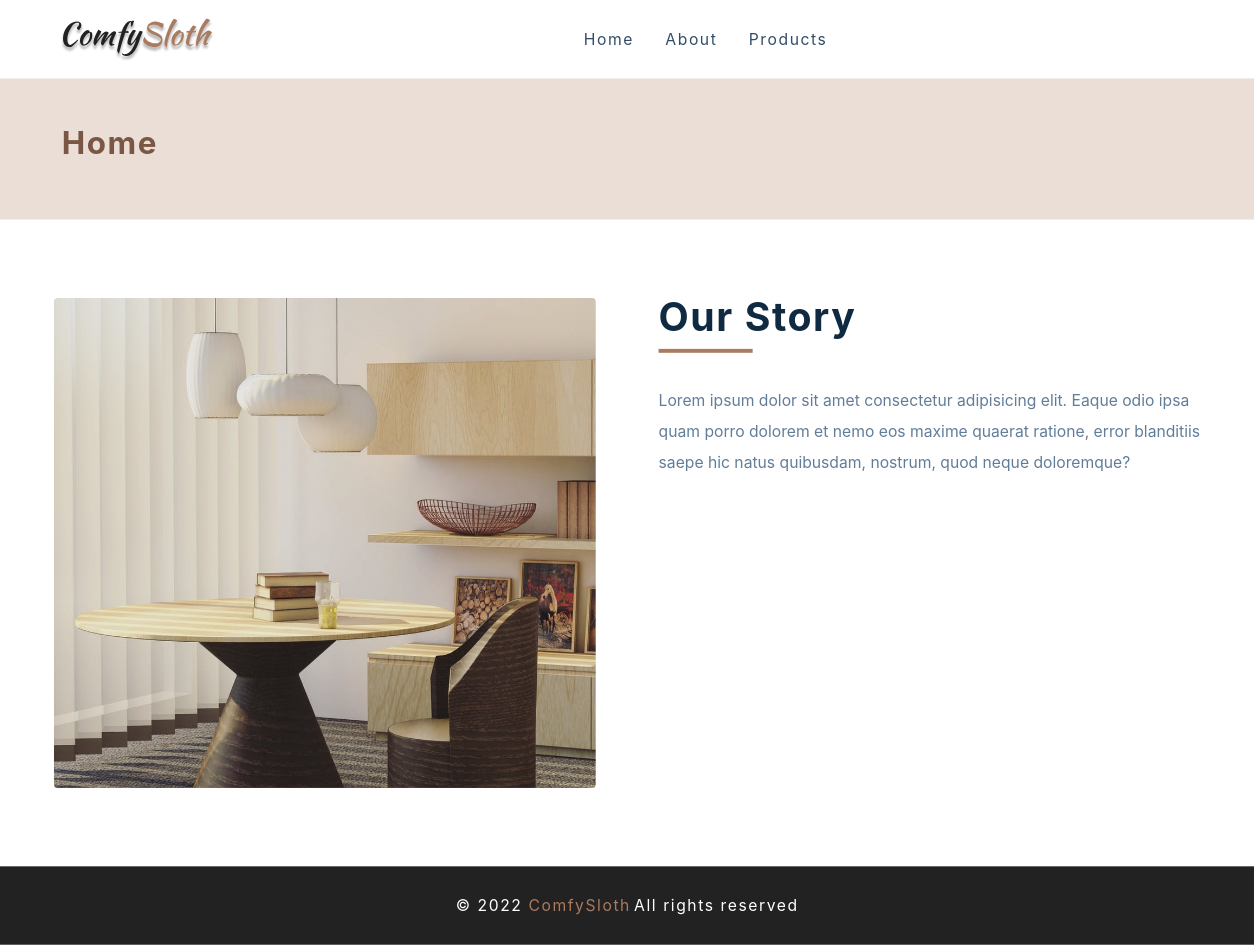
Repository: MateuszWorek/react-comfy-store
Page: /about
The author's editor kept a copy of each file at every save. The page is drawn from the files as they stood at one save, then again after the next save.
The browser window is 1280 px wide. The pictures show the whole page, at 98% of full size.
The project was rebuilt for these pictures with package versions that can differ from the ones it lists, and the page was loaded fresh each time. A package was used in the major version that the imports need, not the one package.json lists. Also part of the build but not shown: src/utils/constants.js, src/components/Error.js, src/components/Loading.js, src/utils/helpers.js, src/components/Product.js, src/components/FeaturedProducts.js, src/reducers/cart_reducer.js, src/context/cart_context.js and 26 more. Imported but missing from the stored project, and not drawn on this page: src/components/AmountButtons.

Above is the page before, as saved 2022-07-12 21:52:37.

### src/index.js
import React from 'react';
import ReactDOM from 'react-dom';
import './index.css';
import App from './App';
import { ProductsProvider } from './context/products_context';
import { FilterProvider } from './context/filter_context';
import { CartProvider } from './context/cart_context';
import { UserProvider } from './context/user_context';
import { Auth0Provider } from '@auth0/auth0-react';

ReactDOM.render(
  <ProductsProvider>
    <App />
  </ProductsProvider>,
  document.getElementById('root')
);

### src/App.js
import React from 'react';
import { BrowserRouter as Router, Switch, Route } from 'react-router-dom';
import { Navbar, Sidebar, Footer } from './components';
import {
  Home,
  SingleProduct,
  Cart,
  Checkout,
  Error,
  About,
  Products,
  PrivateRoute,
} from './pages';

function App() {
  return (
    <Router>
      <Navbar />
      <Sidebar />
      <Switch>
        <Route exact path='/'>
          <Home />
        </Route>
        <Route exact path='/about'>
          <About />
        </Route>
        <Route exact path='cart'>
          <Cart />
        </Route>
        <Route exact path='/products'>
          <Products />
        </Route>
        <Route exact path='/products/:id' children={<SingleProduct />} />
        <Route exact path='/checkout'>
          <Checkout />
        </Route>
        <Route exact path='*'>
          <Error />
        </Route>
      </Switch>
      <Footer />
    </Router>
  );
}

export default App;

### src/context/products_context.js
import axios from 'axios';
import React, { useContext, useEffect, useReducer } from 'react';
import reducer from '../reducers/products_reducer';
import { products_url as url } from '../utils/constants';
import {
  SIDEBAR_OPEN,
  SIDEBAR_CLOSE,
  GET_PRODUCTS_BEGIN,
  GET_PRODUCTS_SUCCESS,
  GET_PRODUCTS_ERROR,
  GET_SINGLE_PRODUCT_BEGIN,
  GET_SINGLE_PRODUCT_SUCCESS,
  GET_SINGLE_PRODUCT_ERROR,
} from '../actions';

const initialState = {
  isSidebarOpen: false,
};

const ProductsContext = React.createContext();

export const ProductsProvider = ({ children }) => {
  const [state, dispatch] = useReducer(reducer, initialState);
  const openSidebar = () => {
    // dispatch({ type: 'SIDEBAR_OPEN' });
    dispatch({ type: SIDEBAR_OPEN });
  };
  const closeSidebar = () => {
    // dispatch({ type: 'SIDEBAR_CLOSE' });
    dispatch({ type: SIDEBAR_CLOSE });
  };

  // useEffect(() => {
  //   openSidebar();
  // }, []);

  return (
    // <ProductsContext.Provider value='products context'>
    //   {children}
    // </ProductsContext.Provider>
    <ProductsContext.Provider value={{ ...state, openSidebar, closeSidebar }}>
      {children}
    </ProductsContext.Provider>
  );
};
// make sure use
export const useProductsContext = () => {
  return useContext(ProductsContext);
};

### src/components/index.js
import FeaturedProducts from './FeaturedProducts'
import Navbar from './Navbar'
import CartButtons from './CartButtons'
import Footer from './Footer'
import Sidebar from './Sidebar'
import Hero from './Hero'
import Services from './Services'
import Contact from './Contact'
import Loading from './Loading'
import Error from './Error'
import ProductImages from './ProductImages'
import AddToCart from './AddToCart'
import Filters from './Filters'
import ProductList from './ProductList'
import Sort from './Sort'
import Stars from './Stars'
import CartContent from './CarContent'
import PageHero from './PageHero'
import StripeCheckout from './StripeCheckout'
export {
  FeaturedProducts,
  Navbar,
  CartButtons,
  Footer,
  Sidebar,
  Hero,
  Services,
  Contact,
  Loading,
  Error,
  ProductImages,
  AddToCart,
  Filters,
  ProductList,
  Sort,
  Stars,
  CartContent,
  PageHero,
  StripeCheckout,
}

### src/pages/index.js
import Home from './HomePage';
import Products from './ProductsPage';
import SingleProduct from './SingleProductPage';
import About from './AboutPage';
import Cart from './CartPage';
import Error from './ErrorPage';
import Checkout from './CheckoutPage';
import PrivateRoute from './PrivateRoute';

export {
  Home,
  Products,
  SingleProduct,
  About,
  Cart,
  Error,
  Checkout,
  PrivateRoute,
};

### src/reducers/products_reducer.js
import {
  SIDEBAR_OPEN,
  SIDEBAR_CLOSE,
  GET_PRODUCTS_BEGIN,
  GET_PRODUCTS_SUCCESS,
  GET_PRODUCTS_ERROR,
  GET_SINGLE_PRODUCT_BEGIN,
  GET_SINGLE_PRODUCT_SUCCESS,
  GET_SINGLE_PRODUCT_ERROR,
} from '../actions';

const products_reducer = (state, action) => {
  if (action.type === SIDEBAR_OPEN) {
    // console.log(state);
    return { ...state, isSidebarOpen: true };
  }
  if (action.type === SIDEBAR_CLOSE) {
    // console.log(state);
    return { ...state, isSidebarOpen: false };
  }
  return state;
  throw new Error(`No Matching "${action.type}" - action type`);
};

export default products_reducer;

### src/actions.js
export const SIDEBAR_OPEN = 'SIDEBAR_OPEN'
export const SIDEBAR_CLOSE = 'SIDEBAR_CLOSE'
export const GET_PRODUCTS_BEGIN = 'GET_PRODUCTS_BEGIN'
export const GET_PRODUCTS_SUCCESS = 'GET_PRODUCTS_SUCCESS'
export const GET_PRODUCTS_ERROR = 'GET_PRODUCTS_ERROR'
export const GET_SINGLE_PRODUCT_BEGIN = 'GET_SINGLE_PRODUCT_BEGIN'
export const GET_SINGLE_PRODUCT_SUCCESS = 'GET_SINGLE_PRODUCT_SUCCESS'
export const GET_SINGLE_PRODUCT_ERROR = 'GET_SINGLE_PRODUCT_ERROR'
export const LOAD_PRODUCTS = 'LOAD_PRODUCTS'
export const SET_GRIDVIEW = 'SET_GRIDVIEW'
export const SET_LISTVIEW = 'SET_LISTVIEW'
export const UPDATE_SORT = 'UPDATE_SORT'
export const SORT_PRODUCTS = 'SORT_PRODUCTS'
export const UPDATE_FILTERS = 'UPDATE_FILTERS'
export const FILTER_PRODUCTS = 'FILTER_PRODUCTS'
export const CLEAR_FILTERS = 'CLEAR_FILTERS'
export const ADD_TO_CART = 'ADD_TO_CART'
export const REMOVE_CART_ITEM = 'REMOVE_CART_ITEM'
export const TOGGLE_CART_ITEM_AMOUNT = 'TOGGLE_CART_ITEM_AMOUNT'
export const CLEAR_CART = 'CLEAR_CART'
export const COUNT_CART_TOTALS = 'COUNT_CART_TOTALS'

### src/components/Navbar.js
import React from 'react';
import styled from 'styled-components';
import logo from '../assets/logo.svg';
import { FaBars } from 'react-icons/fa';
import { Link } from 'react-router-dom';
import { links } from '../utils/constants';
import CartButtons from './CartButtons';
import { useProductsContext } from '../context/products_context';
import { useUserContext } from '../context/user_context';

const Nav = () => {
  const { openSidebar } = useProductsContext();
  return (
    <NavContainer>
      <div className='nav-center'>
        <div className='nav-header'>
          <Link to='/'>
            <img src={logo} alt='comfy sloth' />
          </Link>
          <button type='buttton' className='nav-toggle' onClick={openSidebar}>
            <FaBars />
          </button>
        </div>
        <ul className='nav-links'>
          {links.map((link) => {
            const { id, text, url } = link;
            return (
              <li key={id}>
                <Link to={url}>{text}</Link>
              </li>
            );
          })}
        </ul>
      </div>
    </NavContainer>
  );
};

const NavContainer = styled.nav`
  height: 5rem;
  display: flex;
  align-items: center;
  justify-content: center;

  .nav-center {
    width: 90vw;
    margin: 0 auto;
    max-width: var(--max-width);
  }
  .nav-header {
    display: flex;
    align-items: center;
    justify-content: space-between;
    img {
      width: 175px;
      margin-left: -15px;
    }
  }
  .nav-toggle {
    background: transparent;
    border: transparent;
    color: var(--clr-primary-5);
    cursor: pointer;
    svg {
      font-size: 2rem;
    }
  }
  .nav-links {
    display: none;
  }
  .cart-btn-wrapper {
    display: none;
  }
  @media (min-width: 992px) {
    .nav-toggle {
      display: none;
    }
    .nav-center {
      display: grid;
      grid-template-columns: auto 1fr auto;
      align-items: center;
    }
    .nav-links {
      display: flex;
      justify-content: center;
      li {
        margin: 0 0.5rem;
      }
      a {
        color: var(--clr-grey-3);
        font-size: 1rem;
        text-transform: capitalize;
        letter-spacing: var(--spacing);
        padding: 0.5rem;
        &:hover {
          border-bottom: 2px solid var(--clr-primary-7);
        }
      }
    }
    .cart-btn-wrapper {
      display: grid;
    }
  }
`;

export default Nav;

### src/components/CartButtons.js
import React from 'react';
import { FaShoppingCart, FaUserMinus, FaUserPlus } from 'react-icons/fa';
import { Link } from 'react-router-dom';
import styled from 'styled-components';
import { useProductsContext } from '../context/products_context';
import { useCartContext } from '../context/cart_context';
import { useUserContext } from '../context/user_context';

const CartButtons = () => {
  const { closeSidebar } = useProductsContext();

  return (
    <Wrapper className='cart-btn-wrapper'>
      <Link to='/cart' className='cart-btn' onClick={closeSidebar}>
        Cart{' '}
        <span className='cart-container'>
          <FaShoppingCart />
          <span className='cart-value'>12</span>
        </span>
      </Link>
      <button type='button' className='auth-btn'>
        Login <FaUserPlus />
      </button>
    </Wrapper>
  );
};

const Wrapper = styled.div`
  display: grid;
  grid-template-columns: 1fr 1fr;
  align-items: center;
  width: 225px;

  .cart-btn {
    color: var(--clr-grey-1);
    font-size: 1.5rem;
    letter-spacing: var(--spacing);
    color: var(--clr-grey-1);
    display: flex;

    align-items: center;
  }
  .cart-container {
    display: flex;
    align-items: center;
    position: relative;
    svg {
      height: 1.6rem;
      margin-left: 5px;
    }
  }
  .cart-value {
    position: absolute;
    top: -10px;
    right: -16px;
    background: var(--clr-primary-5);
    width: 16px;
    height: 16px;
    display: flex;
    align-items: center;
    justify-content: center;
    border-radius: 50%;
    font-size: 0.75rem;
    color: var(--clr-white);
    padding: 12px;
  }
  .auth-btn {
    display: flex;
    align-items: center;
    background: transparent;
    border-color: transparent;
    font-size: 1.5rem;
    cursor: pointer;
    color: var(--clr-grey-1);
    letter-spacing: var(--spacing);
    svg {
      margin-left: 5px;
    }
  }
`;
export default CartButtons;

### src/components/Footer.js
import React from 'react';
import styled from 'styled-components';
const Footer = () => {
  return (
    <Wrapper>
      <h5>
        &copy; {new Date().getFullYear()}
        <span> ComfySloth</span>
      </h5>
      <h5>All rights reserved</h5>
    </Wrapper>
  );
};

const Wrapper = styled.footer`
  height: 5rem;
  display: flex;
  flex-direction: column;
  justify-content: center;
  align-items: center;
  background: var(--clr-black);
  text-align: center;
  span {
    color: var(--clr-primary-5);
  }
  h5 {
    color: var(--clr-white);
    margin: 0.1rem;

    font-weight: 400;
    text-transform: none;
    line-height: 1.25;
  }
  @media (min-width: 776px) {
    flex-direction: row;
  }
`;

export default Footer;

### src/components/Sidebar.js
import React from 'react';
import logo from '../assets/logo.svg';
import { Link } from 'react-router-dom';
import { useProductsContext } from '../context/products_context';
import { FaTimes } from 'react-icons/fa';
import { links } from '../utils/constants';
import styled from 'styled-components';
import CartButtons from './CartButtons';
import { useUserContext } from '../context/user_context';

const Sidebar = () => {
  const { isSidebarOpen, closeSidebar } = useProductsContext();

  return (
    <SidebarContainer>
      <aside
        className={`${isSidebarOpen ? 'sidebar show-sidebar' : 'sidebar'}`}
      >
        <div className='sidebar-header'>
          <img src={logo} className='logo' alt='comfy sloth' />
          <button type='button' className='close-btn' onClick={closeSidebar}>
            <FaTimes />
          </button>
        </div>
        <ul className='links'>
          {links.map(({ id, text, url }) => {
            return (
              <li key={id}>
                <Link to={url} onClick={closeSidebar}>
                  {text}
                </Link>
              </li>
            );
          })}
          <li>
            <Link to='checkout' onClick={closeSidebar}>
              checkout
            </Link>
          </li>
        </ul>
        <CartButtons />
      </aside>
    </SidebarContainer>
  );
};

const SidebarContainer = styled.div`
  text-align: center;
  .sidebar-header {
    display: flex;
    justify-content: space-between;
    align-items: center;
    padding: 1rem 1.5rem;
  }
  .close-btn {
    font-size: 2rem;
    background: transparent;
    border-color: transparent;
    color: var(--clr-primary-5);
    transition: var(--transition);
    cursor: pointer;
    color: var(--clr-red-dark);
    margin-top: 0.2rem;
  }
  .close-btn:hover {
    color: var(--clr-red-light);
  }
  .logo {
    justify-self: center;
    height: 45px;
  }
  .links {
    margin-bottom: 2rem;
  }
  .links a {
    display: block;
    text-align: left;
    font-size: 1rem;
    text-transform: capitalize;
    padding: 1rem 1.5rem;
    color: var(--clr-grey-3);
    transition: var(--transition);
    letter-spacing: var(--spacing);
  }

  .links a:hover {
    padding: 1rem 1.5rem;
    padding-left: 2rem;
    background: var(--clr-grey-10);
    color: var(--clr-grey-2);
  }

  .sidebar {
    position: fixed;
    top: 0;
    left: 0;
    width: 100%;
    height: 100%;
    background: var(--clr-white);
    transition: var(--transition);
    transform: translate(-100%);
    z-index: -1;
  }
  .show-sidebar {
    transform: translate(0);
    z-index: 999;
  }
  .cart-btn-wrapper {
    margin: 2rem auto;
  }
  @media screen and (min-width: 992px) {
    .sidebar {
      display: none;
    }
  }
`;

export default Sidebar;

### src/components/PageHero.js
import React from 'react';
import styled from 'styled-components';
import { Link } from 'react-router-dom';
const PageHero = ({ title }) => {
  return (
    <Wrapper>
      <div className='section-center'>
        <h3>
          <Link to='/'>Home</Link>
        </h3>
      </div>
    </Wrapper>
  );
};

const Wrapper = styled.section`
  background: var(--clr-primary-10);
  width: 100%;
  min-height: 20vh;
  display: flex;
  align-items: center;

  color: var(--clr-primary-1);
  a {
    color: var(--clr-primary-3);
    padding: 0.5rem;
    transition: var(--transition);
  }
  a:hover {
    color: var(--clr-primary-1);
  }
`;

export default PageHero;

### src/pages/AboutPage.js
import React from 'react';
import styled from 'styled-components';
import { PageHero } from '../components';
import aboutImg from '../assets/hero-bcg.jpeg';

const AboutPage = () => {
  return (
    <main>
      <PageHero title='about' />
      <Wrapper className='page section section-center'>
        <img src={aboutImg} alt='nice desk' />
        <article>
          <div className='title'>
            <h2>our story</h2>
            <div className='underline'></div>
          </div>
          <p>
            Lorem ipsum dolor sit amet consectetur adipisicing elit. Eaque odio
            ipsa quam porro dolorem et nemo eos maxime quaerat ratione, error
            blanditiis saepe hic natus quibusdam, nostrum, quod neque
            doloremque?
          </p>
        </article>
      </Wrapper>
    </main>
  );
};

const Wrapper = styled.section`
  display: grid;
  gap: 4rem;
  img {
    width: 100%;
    display: block;
    border-radius: var(--radius);
    height: 500px;
    object-fit: cover;
  }
  p {
    line-height: 2;
    max-width: 45em;
    margin: 0 auto;
    margin-top: 2rem;
    color: var(--clr-grey-5);
  }
  .title {
    text-align: left;
  }
  .underline {
    margin-left: 0;
  }
  @media (min-width: 992px) {
    grid-template-columns: 1fr 1fr;
  }
`;
export default AboutPage;

Loaded but not shown: public/index.html (common file); src/index.css (common file)

After the next save:
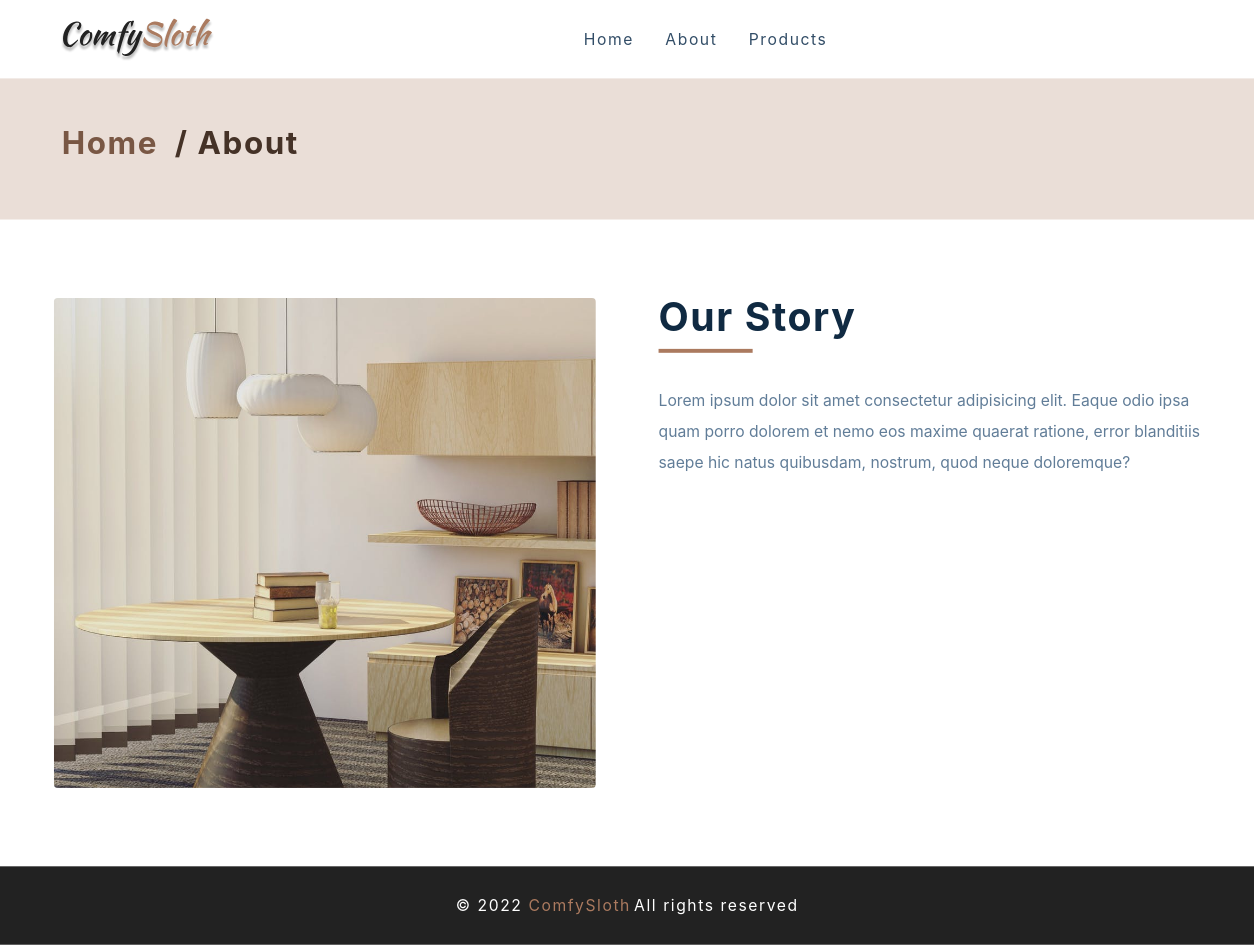
Saved 35 s later.
--- a/src/components/PageHero.js
+++ b/src/components/PageHero.js
@@ -6,7 +6,7 @@ const PageHero = ({ title }) => {
     <Wrapper>
       <div className='section-center'>
         <h3>
-          <Link to='/'>Home</Link>
+          <Link to='/'>Home</Link> / {title}
         </h3>
       </div>
     </Wrapper>
